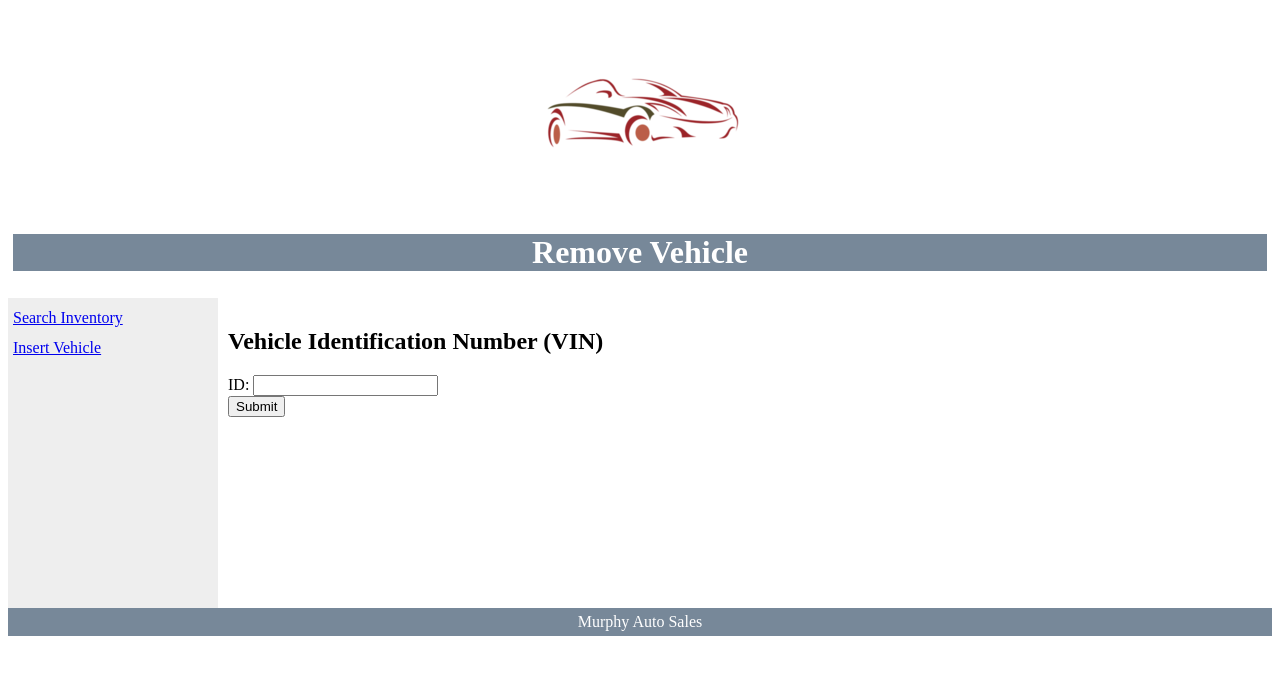
Repository: CamdenMurphy/workspace4830-intro-to-software-engineering
Page: techExercise/techExercise-Murphy/src/main/webapp/delete_murphy.html
These files come from the project's save history. The page is drawn as it stood at one moment and after the next save; the edit follows.
The browser window is 1280 px wide. The pictures show the whole page.

Above is the page before, as saved 2023-10-12 06:26:29.

After the next save:
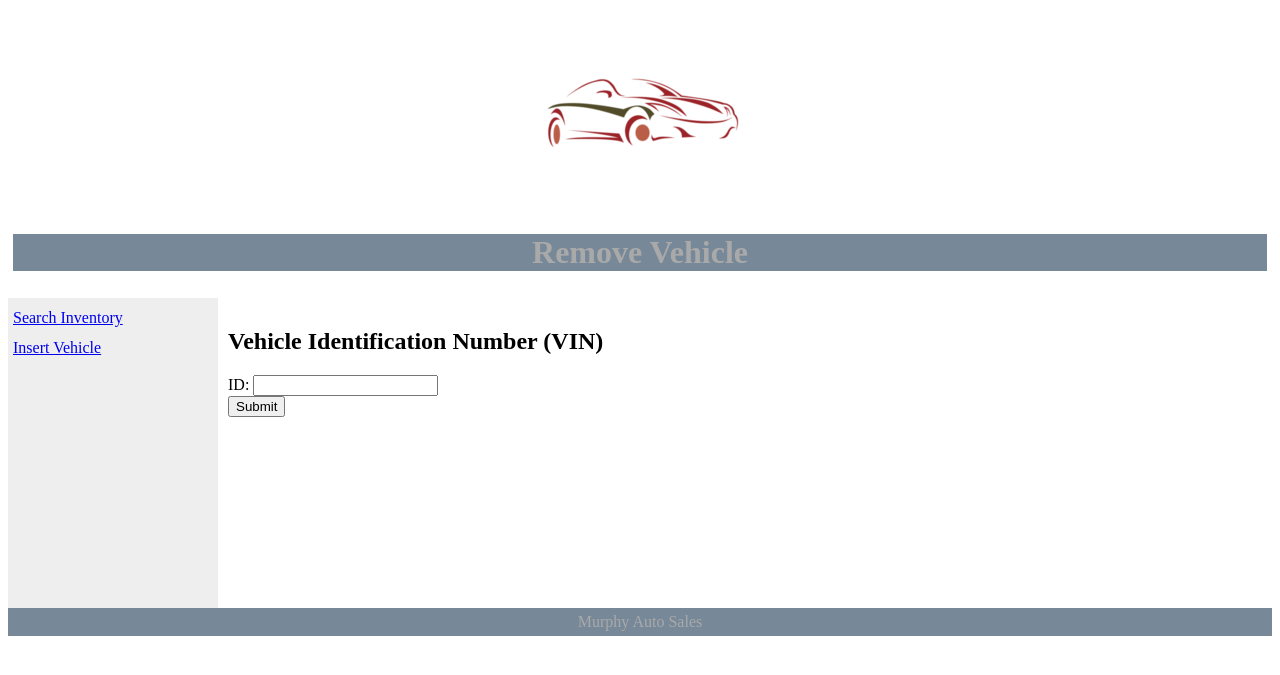
Saved 51 s later.
--- a/techExercise/techExercise-Murphy/src/main/webapp/delete_murphy.html
+++ b/techExercise/techExercise-Murphy/src/main/webapp/delete_murphy.html
@@ -24,14 +24,14 @@ section {
 }
 footer {
     background-color:lightslategray;
-    color:white;
+    color:darkgray;
     clear:both;
     text-align:center;
     padding:5px;
 }
 header h1 {
 	background-color: lightslategray;
-	color: white;
+	color: darkgray;
 }
 </style>
 </head>
